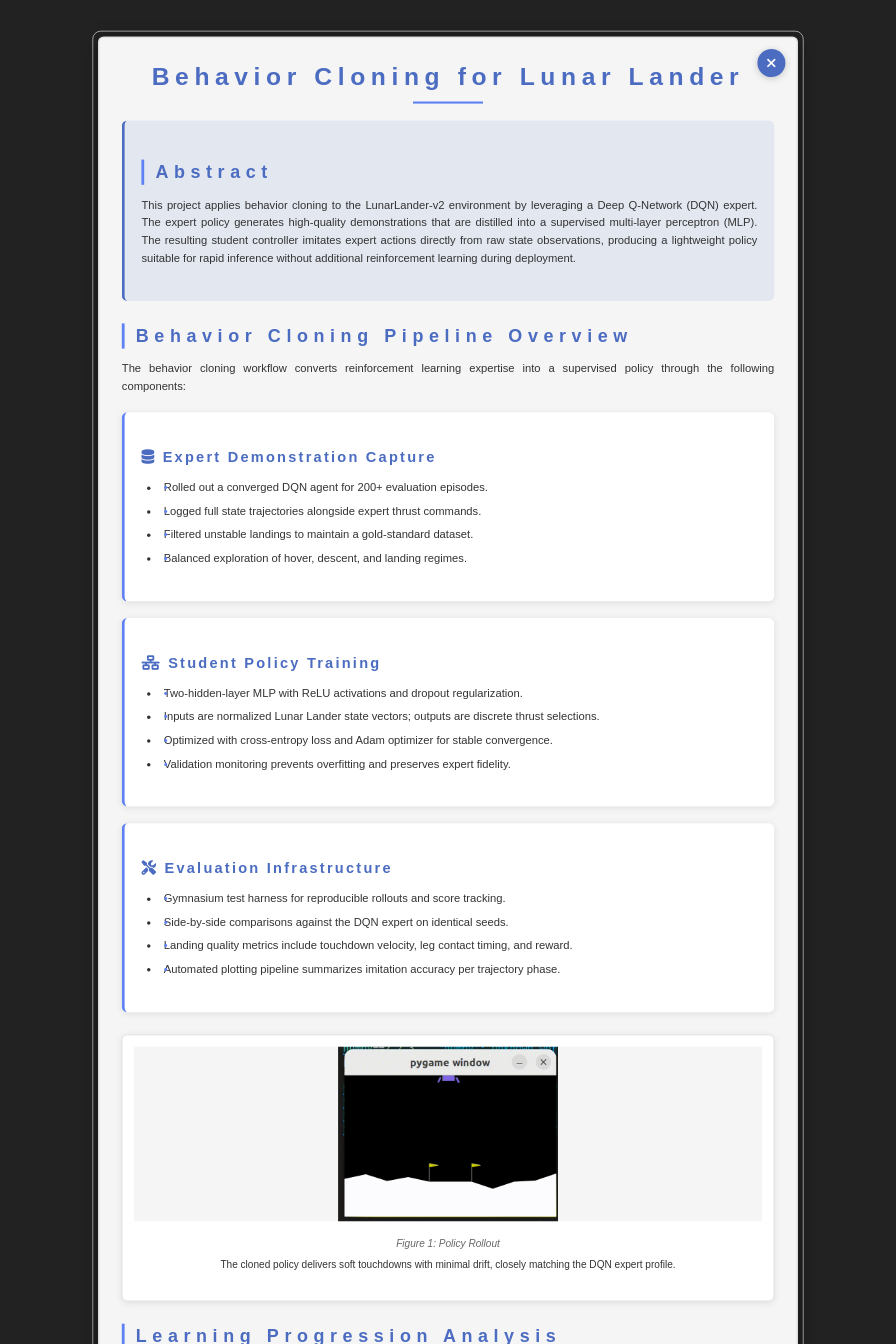
Repository: bk-poudel/bk-poudel.github.io
Page: projects/behavior_cloning_lunar_lander.html
These files come from the project's save history. The page is drawn as it stood at one moment and after the next save; the edit follows.
The browser window is 1280 px wide. The pictures show the part of the page from y = 0 to 1920 px (the page is 4161 px tall), at 70% of full size.

Above is the page before, as saved 2025-12-28 12:51:44.

### projects/behavior_cloning_lunar_lander.html
<!DOCTYPE HTML>
<html lang="en">
<head>
    <title>Behavior Cloning for Lunar Lander - Bibek Poudel</title>
    <meta charset="utf-8" />
    <meta name="viewport" content="width=device-width, initial-scale=1, user-scalable=no" />
    <link rel="stylesheet" href="../assets/css/main.css" />
    <link rel="stylesheet" href="https://cdnjs.cloudflare.com/ajax/libs/font-awesome/6.4.0/css/all.min.css" />
    <noscript><link rel="stylesheet" href="../assets/css/noscript.css" /></noscript>
    <style>
        :root {
            --primary: #4b6cc1;
            --secondary: #666666;
            --accent: #5e81f4;
            --light: #f8f8f8;
            --dark: #1a1a1a;
            --text: #333333;
            --frame-color: #dddddd;
            --bg-color: #222222;
            --content-bg: #f5f5f5;
        }
        body {
            background-color: var(--bg-color);
            font-family: 'Arial', sans-serif;
            line-height: 1.6;
            padding: 20px;
        }
        .project-content {
            max-width: 1000px;
            margin: 2rem auto;
            padding: 2rem;
            background: var(--content-bg);
            border-radius: 8px;
            box-shadow: 0 4px 25px rgba(0,0,0,0.4);
            border: 2px solid var(--frame-color);
            position: relative;
            color: var(--text);
        }
        .project-content::before {
            content: "";
            position: absolute;
            top: -10px;
            left: -10px;
            right: -10px;
            bottom: -10px;
            border: 1px solid var(--frame-color);
            border-radius: 12px;
            pointer-events: none;
            z-index: -1;
        }
        .close-button {
            position: absolute;
            top: 1rem;
            right: 1rem;
            width: 40px;
            height: 40px;
            background: var(--primary);
            border: none;
            border-radius: 50%;
            color: white;
            font-size: 1.2rem;
            cursor: pointer;
            display: flex;
            align-items: center;
            justify-content: center;
            transition: all 0.3s ease;
            z-index: 10;
            text-decoration: none;
            box-shadow: 0 2px 10px rgba(0,0,0,0.2);
        }
        .close-button:hover {
            background: var(--accent);
            transform: scale(1.1);
            box-shadow: 0 4px 15px rgba(0,0,0,0.3);
            color: white;
            text-decoration: none;
        }
        .close-button:active {
            transform: scale(0.95);
        }
        h1 {
            text-align: center;
            color: var(--primary);
            font-size: 2.2rem;
            margin-bottom: 1.5rem;
            position: relative;
            padding-bottom: 1rem;
            text-transform: none;
        }
        h1::after {
            content: "";
            position: absolute;
            bottom: 0;
            left: 50%;
            transform: translateX(-50%);
            width: 100px;
            height: 3px;
            background: var(--accent);
        }
        h2 {
            color: var(--primary);
            font-size: 1.6rem;
            margin-top: 2rem;
            margin-bottom: 1rem;
            border-left: 4px solid var(--accent);
            padding-left: 1rem;
            text-transform: none;
        }
        h3 {
            color: var(--primary);
            font-size: 1.3rem;
            margin-top: 1.5rem;
            text-transform: none;
        }
        p {
            text-align: justify;
            margin-bottom: 1.5rem;
            color: var(--text);
        }
        ul, ol {
            padding-left: 1.5rem;
            margin-bottom: 1.5rem;
        }
        li {
            margin-bottom: 0.5rem;
            position: relative;
            color: var(--text);
        }
        li::before {
            content: "•";
            color: var(--accent);
            font-weight: bold;
            position: absolute;
        .button {
            background: var(--primary);
            color: white;
            padding: 0.8rem 1.5rem;
            border-radius: 4px;
            text-decoration: none;
            display: inline-flex;
            align-items: center;
            transition: all 0.3s ease;
            font-weight: 500;
            border: none;
            font-size: 1rem;
        }   font-weight: 500;
            border: none;
        }
        .button:hover {
            background: var(--accent);
            transform: translateY(-2px);
        }
        .button i {
            margin-right: 0.5rem;
        }
        .abstract {
            background-color: rgba(75, 108, 193, 0.1);
            padding: 1.5rem;
            border-radius: 8px;
            margin-bottom: 2rem;
            border-left: 4px solid var(--primary);
        }
        .methodology-item {
            background: white;
            padding: 1.5rem;
            border-radius: 8px;
            margin-bottom: 1.5rem;
            box-shadow: 0 2px 10px rgba(0,0,0,0.1);
            border-left: 4px solid var(--accent);
        }
        .figure-container {
            display: flex;
            justify-content: space-around;
            flex-wrap: wrap;
            gap: 1.5rem;
            margin: 2rem 0;
        }
        .figure {
            flex: 1;
            min-width: 250px;
            text-align: center;
            background: white;
            padding: 1rem;
            border-radius: 8px;
            box-shadow: 0 2px 10px rgba(0,0,0,0.1);
            transition: transform 0.3s ease;
            border: 1px solid #e0e0e0;
        }
        .figure:hover {
            transform: translateY(-5px);
        }
        .figure img {
            width: 100%;
            height: 200px;
            object-fit: cover;
            border-radius: 4px;
            margin-bottom: 0.8rem;
        }
        .figure-container .figure img {
            height: 250px;
            object-fit: contain;
            background: #f5f5f5;
        }
        .figure-caption {
            font-style: italic;
            color: var(--secondary);
            font-size: 0.9rem;
        }
        .figure-description {
            margin-top: 0.5rem;
            font-size: 0.9rem;
            line-height: 1.5;
            color: var(--text);
            text-align: center;
        }
        .feature-list {
            display: grid;
            grid-template-columns: repeat(auto-fit, minmax(300px, 1fr));
            gap: 1.5rem;
        }
        .feature-item {
            background: white;
            padding: 1.5rem;
            border-radius: 8px;
            box-shadow: 0 2px 10px rgba(0,0,0,0.1);
            border-left: 4px solid var(--primary);
        }
        .impact-points {
            display: grid;
            grid-template-columns: repeat(auto-fit, minmax(250px, 1fr));
            gap: 1.5rem;
            margin-top: 1.5rem;
        }
        .impact-point {
            background: white;
            padding: 1.5rem;
            border-radius: 8px;
            box-shadow: 0 2px 10px rgba(0,0,0,0.1);
            text-align: center;
            border: 1px solid #e0e0e0;
        }
        .impact-point i {
            font-size: 2rem;
            color: var(--primary);
            margin-bottom: 1rem;
        }
        @media (max-width: 768px) {
            .project-content {
                padding: 1.5rem;
                margin: 1rem;
            }
            h1 {
                font-size: 1.8rem;
            }
            .figure-container {
                flex-direction: column;
            }
        }
        @media (max-width: 480px) {
            .project-content {
                padding: 1.2rem;
            }
        }
    </style>
</head>
<body class="is-preload">
<div class="project-content">
        <a href="../index.html#projects" class="close-button" title="Back to Projects">
            <i class="fas fa-times"></i>
        </a>
        <h1>Behavior Cloning for Lunar Lander</h1>
        <div class="abstract">
            <h2>Abstract</h2>
            <p>This project applies behavior cloning to the LunarLander-v2 environment by leveraging a Deep Q-Network (DQN) expert. The expert policy generates high-quality demonstrations that are distilled into a supervised multi-layer perceptron (MLP). The resulting student controller imitates expert actions directly from raw state observations, producing a lightweight policy suitable for rapid inference without additional reinforcement learning during deployment.</p>
        </div>
        <div class="technologies-used">
            <h2>Behavior Cloning Pipeline Overview</h2>
            <p>The behavior cloning workflow converts reinforcement learning expertise into a supervised policy through the following components:</p>
            <div class="methodology-item">
                <h3><i class="fas fa-database"></i> Expert Demonstration Capture</h3>
                <ul>
                    <li>Rolled out a converged DQN agent for 200+ evaluation episodes.</li>
                    <li>Logged full state trajectories alongside expert thrust commands.</li>
                    <li>Filtered unstable landings to maintain a gold-standard dataset.</li>
                    <li>Balanced exploration of hover, descent, and landing regimes.</li>
                </ul>
            </div>
            <div class="methodology-item">
                <h3><i class="fas fa-network-wired"></i> Student Policy Training</h3>
                <ul>
                    <li>Two-hidden-layer MLP with ReLU activations and dropout regularization.</li>
                    <li>Inputs are normalized Lunar Lander state vectors; outputs are discrete thrust selections.</li>
                    <li>Optimized with cross-entropy loss and Adam optimizer for stable convergence.</li>
                    <li>Validation monitoring prevents overfitting and preserves expert fidelity.</li>
                </ul>
            </div>
            <div class="methodology-item">
                <h3><i class="fas fa-tools"></i> Evaluation Infrastructure</h3>
                <ul>
                    <li>Gymnasium test harness for reproducible rollouts and score tracking.</li>
                    <li>Side-by-side comparisons against the DQN expert on identical seeds.</li>
                    <li>Landing quality metrics include touchdown velocity, leg contact timing, and reward.</li>
                    <li>Automated plotting pipeline summarizes imitation accuracy per trajectory phase.</li>
                </ul>
            </div>
        </div>
        <div class="figure-container">
            <div class="figure">
                <img src="../Behavior_Cloning_Lunar_Lander/lunar_lander_compressed.gif" alt="Behavior cloned policy successfully landing the Lunar Lander" loading="lazy">
                <div class="figure-caption">Figure 1: Policy Rollout</div>
                <p class="figure-description">The cloned policy delivers soft touchdowns with minimal drift, closely matching the DQN expert profile.</p>
            </div>
        </div>
        <div class="learning-progression">
            <h2>Learning Progression Analysis</h2>
            <p>The student MLP matures from random thrusting to expert-level maneuvers as supervised training advances:</p>
            <div class="methodology-item">
                <h3><i class="fas fa-random"></i> Early Training Phase</h3>
                <ul>
                    <li>High variance in hover control with delayed reaction to descent drift.</li>
                    <li>Frequent hard landings due to mismatched retro-thrust timing.</li>
                    <li>Loss reductions primarily driven by coarse action selection alignment.</li>
                    <li>Policy entropy remains large, signalling exploratory uncertainty.</li>
                </ul>
            </div>
            <div class="methodology-item">
                <h3><i class="fas fa-bullseye"></i> Converged Student Behavior</h3>
                <ul>
                    <li>Thrust sequencing mirrors expert cadence with precise touchdown damping.</li>
                    <li>Stable hover corrections mitigate lateral drift before final descent.</li>
                    <li>Reward distribution tightens around the expert baseline with &lt; 5% variance.</li>
                    <li>Entropy regularization encourages confident thrust decisions when near the pad.</li>
                </ul>
            </div>
        </div>
        <div class="learning-progress">
            <h2>Algorithmic Workflow</h2>
            <div class="methodology-item">
                <h3><i class="fas fa-play-circle"></i> Demonstration Harvesting</h3>
                <p>1. Roll out the DQN expert under diverse seeds to generate state-action traces.</p>
                <p>2. Persist trajectories with reward annotations for later stratified sampling.</p>
                <p>3. Normalize features to stabilize supervised optimization.</p>
            </div>
            <div class="methodology-item">
                <h3><i class="fas fa-weight-hanging"></i> Supervised Optimization</h3>
                <p>4. Train the MLP using mini-batch updates with adaptive learning rate scheduling.</p>
                <p>5. Evaluate imitation loss on held-out demonstrations each epoch.</p>
                <p>6. Apply early stopping when reward parity with the expert is achieved.</p>
            </div>
            <div class="methodology-item">
                <h3><i class="fas fa-sync-alt"></i> Deployment Validation</h3>
                <p>7. Execute assessment rollouts to confirm reward stability and landing smoothness.</p>
                <p>8. Export trained weights into ONNX/TorchScript for downstream consumers.</p>
                <p>9. Monitor live runs with telemetry dashboards to capture edge cases.</p>
            </div>
        </div>
        <div class="methodology-item">
            <h2>Future Directions</h2>
            <ul>
                <li>Iteratively refine demonstrations via DAgger to mitigate covariate shift.</li>
                <li>Extend imitation learning to continuous action lander variants with policy distillation.</li>
                <li>Bootstrap reinforcement learning agents using the cloned policy as initialization.</li>
                <li>Deploy on physical testbeds with onboard sensing and thrust actuation.</li>
            </ul>
        </div>
        <div class="conclusion">
            <h2>Conclusion</h2>
            <p>The behavior cloning project showcases how supervised learning can faithfully reproduce complex control strategies obtained via reinforcement learning. By capturing expert demonstrations and training a compact MLP, the Lunar Lander achieves expert-level touchdowns with a fraction of the computational cost. The resulting controller is a practical template for transferring expertise to resource-constrained platforms or initializing more advanced learning pipelines.</p>
        </div>
        <div class="home-button" style="text-align: center; margin-top: 3rem;">
            <a href="../index.html#projects" class="button">
                <i class="fas fa-arrow-left"></i>
                Back to Projects
            </a>
        </div>
    </div>
    <script src="../assets/js/jquery.min.js"></script>
    <script src="../assets/js/browser.min.js"></script>
    <script src="../assets/js/breakpoints.min.js"></script>
    <script src="../assets/js/util.js"></script>
    <script src="../assets/js/main.js"></script>
</body>
</html>

Loaded but not shown: assets/js/jquery.min.js (library); assets/css/fontawesome-all.min.css (library); assets/js/browser.min.js (common file); assets/js/breakpoints.min.js (common file); assets/js/util.js (587 lines, source omitted); assets/js/main.js (401 lines, source omitted); assets/css/main.css (1753 lines, source omitted)

After the next save:
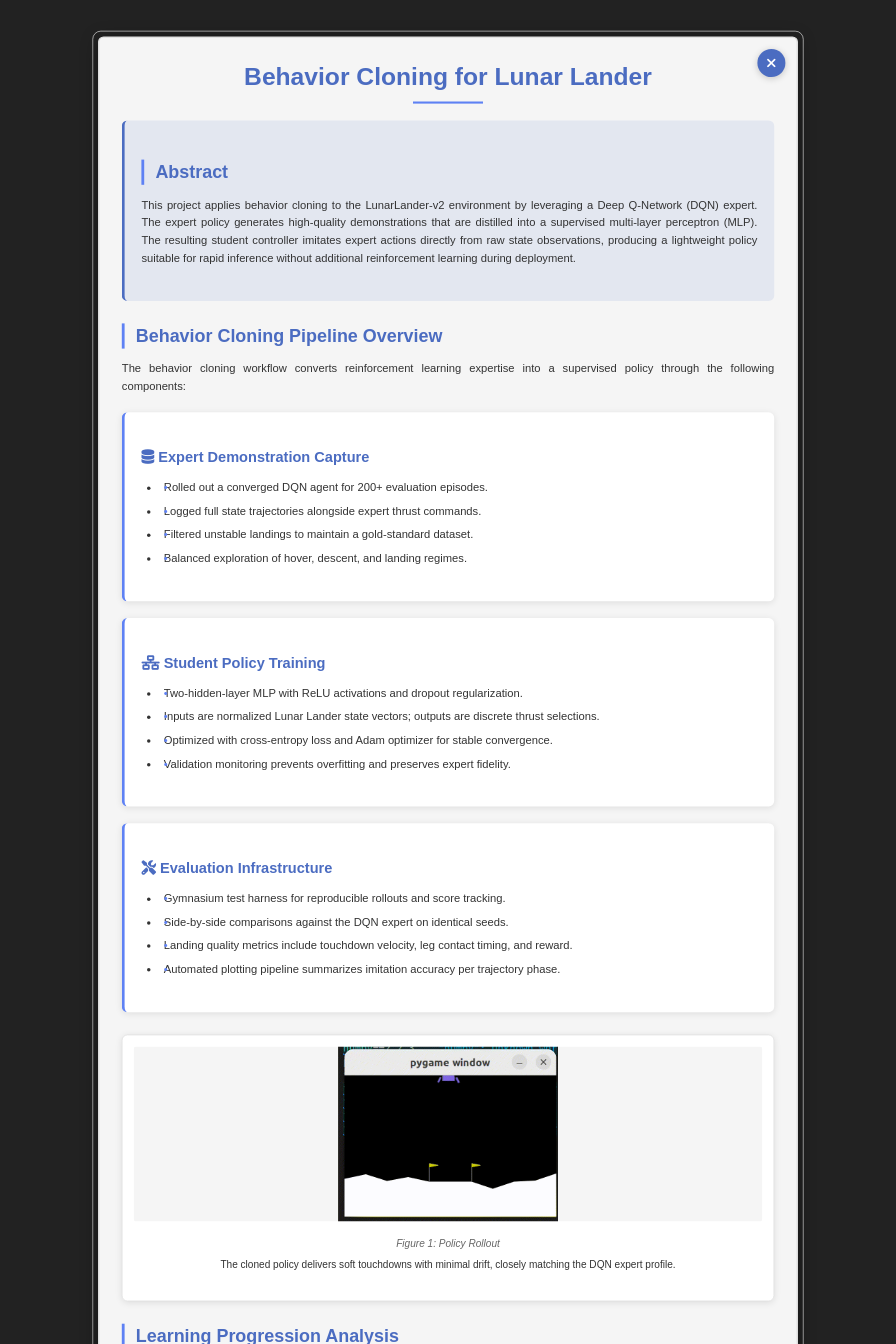
Saved 96 s later.
--- a/projects/behavior_cloning_lunar_lander.html
+++ b/projects/behavior_cloning_lunar_lander.html
@@ -85,7 +85,8 @@
             margin-bottom: 1.5rem;
             position: relative;
             padding-bottom: 1rem;
-            text-transform: none;
+            text-transform: none !important;
+            letter-spacing: normal !important;
         }
         h1::after {
             content: "";
@@ -104,13 +105,15 @@
             margin-bottom: 1rem;
             border-left: 4px solid var(--accent);
             padding-left: 1rem;
-            text-transform: none;
+            text-transform: none !important;
+            letter-spacing: normal !important;
         }
         h3 {
             color: var(--primary);
             font-size: 1.3rem;
             margin-top: 1.5rem;
-            text-transform: none;
+            text-transform: none !important;
+            letter-spacing: normal !important;
         }
         p {
             text-align: justify;
@@ -142,7 +145,9 @@
             transition: all 0.3s ease;
             font-weight: 500;
             border: none;
-            font-size: 1rem;
+            font-size: 1rem !important;
+            letter-spacing: normal !important;
+            text-transform: none !important;
         }   font-weight: 500;
             border: none;
         }
